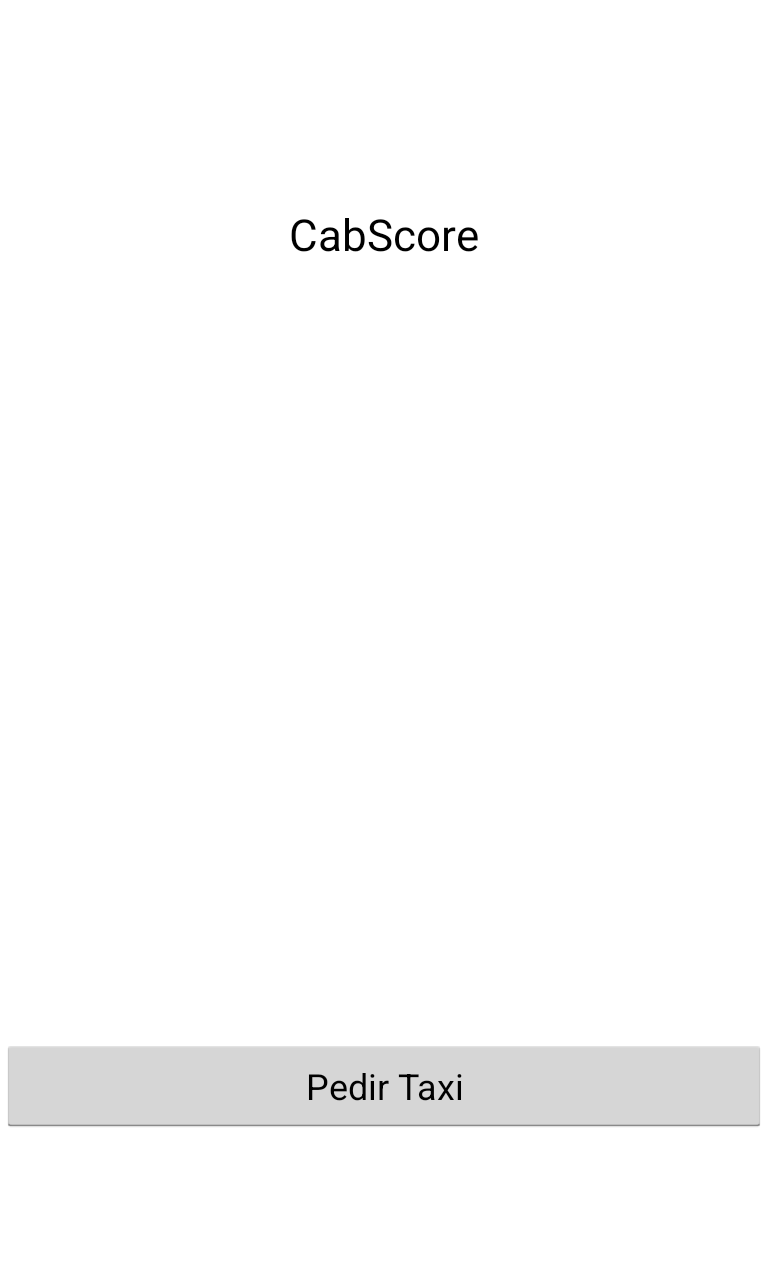
Repository: fernandohur/moviles
Layout: ClientePasajero/res/layout/activity_title.xml
These files come from the project's save history. The layout is drawn as it stood at one moment and after the next save; the edit follows.
It is drawn on a 768 x 1280 px phone screen (xhdpi) without system bars, with theme AppTheme; the app's code is not run.

Above is the layout before, as saved 2013-03-06 00:02:01.

After the next save:
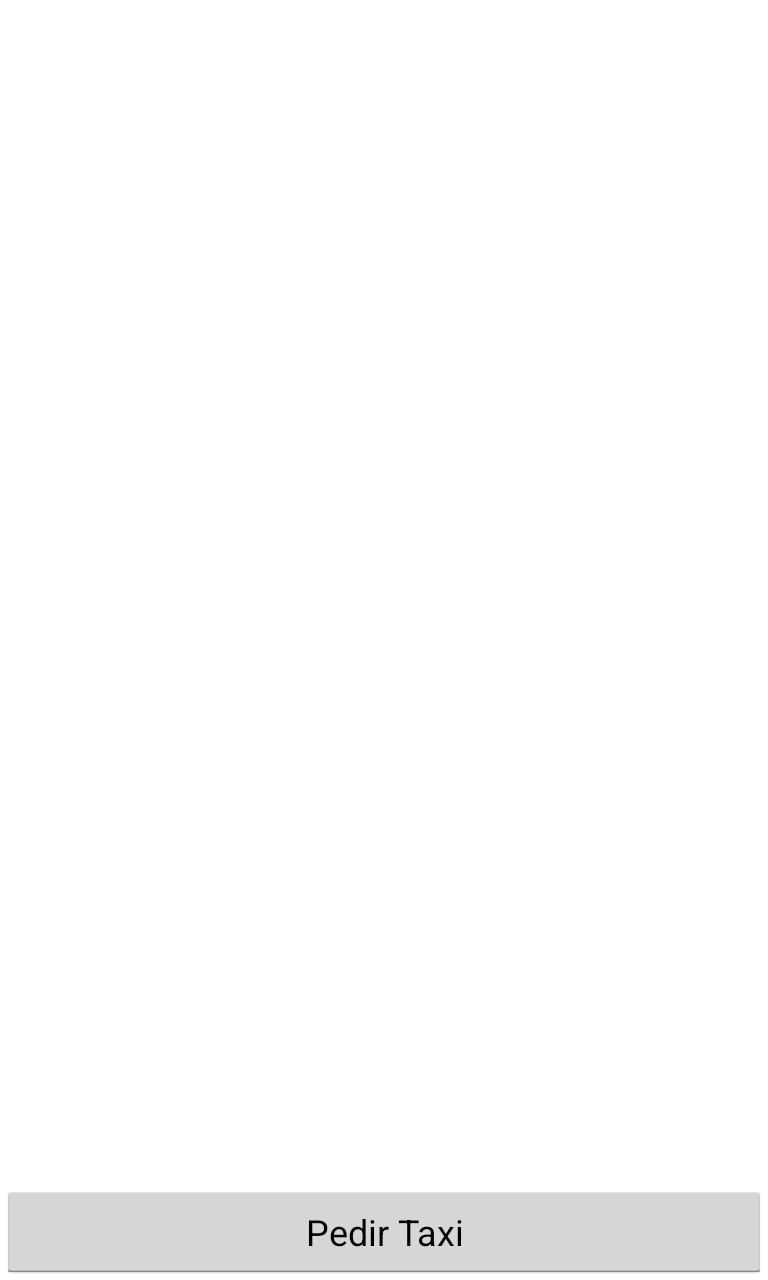
Saved 2 min 41 s later.
--- a/ClientePasajero/res/layout/activity_title.xml
+++ b/ClientePasajero/res/layout/activity_title.xml
@@ -3,16 +3,6 @@
     android:layout_width="match_parent"
     android:layout_height="match_parent"
     tools:context=".TitleActivity" >
-
-    <TextView
-        android:id="@+id/textView1"
-        android:layout_width="wrap_content"
-        android:layout_height="wrap_content"
-        android:layout_alignParentTop="true"
-        android:layout_centerHorizontal="true"
-        android:layout_marginTop="102dp"
-        android:text="@string/title_activity_title"
-        android:textAppearance="?android:attr/textAppearanceLarge" />
 
     <Button
         android:id="@+id/button1"
@@ -21,7 +11,6 @@
         android:layout_alignParentBottom="true"
         android:layout_alignParentLeft="true"
         android:layout_alignParentRight="true"
-        android:layout_marginBottom="73dp"
         android:text="Pedir Taxi" />
 
 </RelativeLayout>
